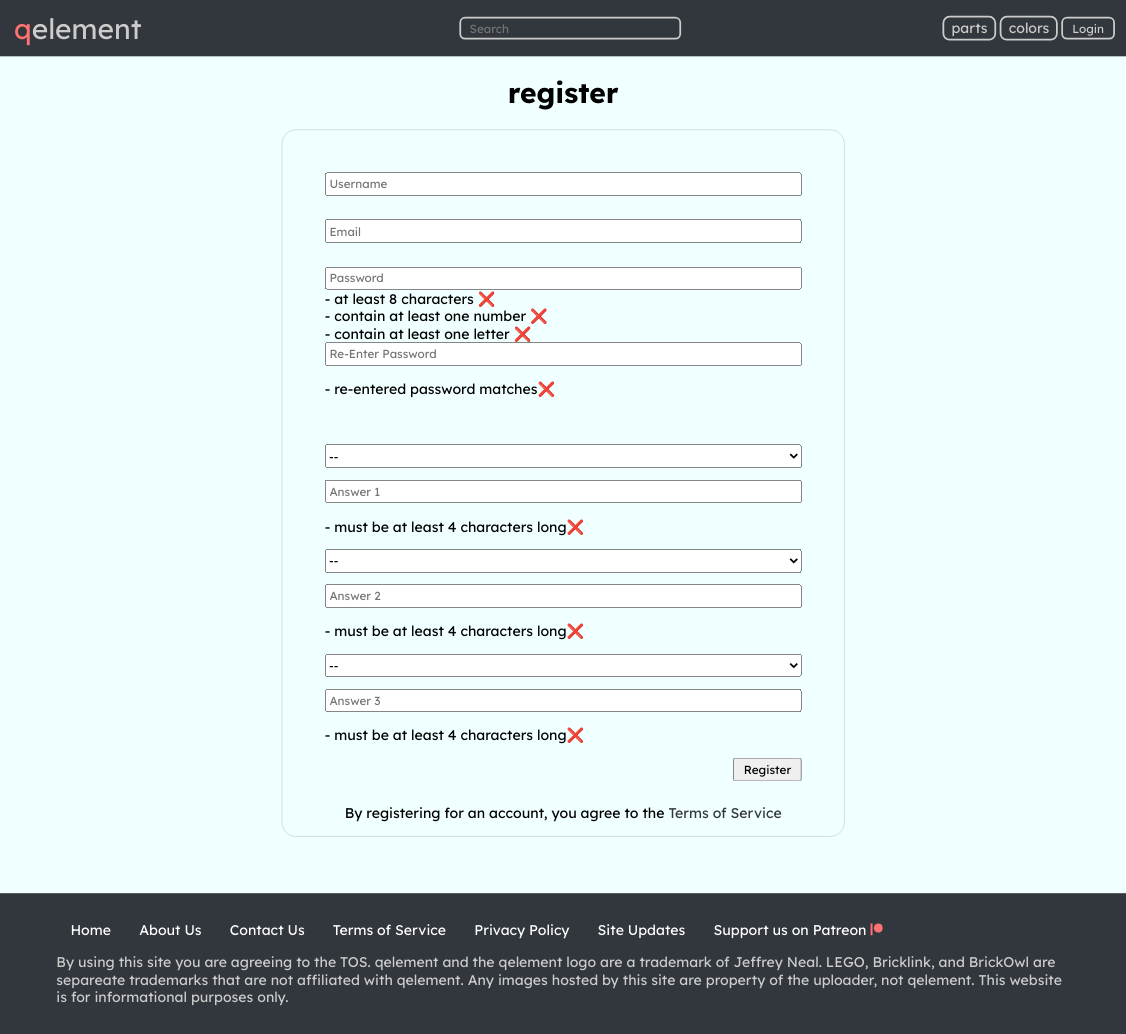
Repository: ToastBubbles/qelement-web
Page: /register
The author's editor kept a copy of each file at every save. The page is drawn from the files as they stood at one save, then again after the next save.
The browser window is 1280 px wide. The pictures show the whole page, at 88% of full size.
The project was rebuilt for these pictures with package versions that can differ from the ones it lists, and the page was loaded fresh each time. Also part of the build but not shown: vite.config.ts, src/components/NavbarPopdown.tsx, src/components/ProtectedRoute.tsx, src/components/AllColors.tsx, src/views/colors/AllColorsView.tsx, src/components/LoadingPage.tsx, src/components/RecentQPart.tsx, src/components/AllColorParts.tsx and 61 more.

Above is the page before, as saved 2023-11-09 09:47:28.

### src/main.tsx
import React from "react";
import ReactDOM from "react-dom/client";
import App from "./App.tsx";
import { BrowserRouter } from "react-router-dom";
import "./styles/myStyles.css";

ReactDOM.createRoot(document.getElementById("root") as HTMLElement).render(
  <React.StrictMode>
    <BrowserRouter>
      <App />
    </BrowserRouter>
  </React.StrictMode>
);

### src/components/AppWrapper.tsx
import { ReactNode, useContext, useEffect } from "react";
import { getJWT } from "../auth/auth";
import { AppContext } from "../context/context";
import { Types } from "../context/jwt/reducer";
import Cookies from "js-cookie";
import { JwtPayload } from "../context/jwt/context";

interface IProps {
  children?: ReactNode;
}

export default function AppWrapper({ children }: IProps) {
  const { dispatch } = useContext(AppContext);

  useEffect(() => {
    const access_token = Cookies.get("userJWT");
    if (access_token != null) {
      getJWT(access_token).then((jwtPayloadResp) => {
        dispatch({
          type: Types.SetJwt,
          payload: {
            token: access_token,
            jwtPayload: jwtPayloadResp as unknown as JwtPayload,
          },
        });
      });
    }
  }, [dispatch]);

  return <>{children}</>;
}

### src/components/Footer.tsx

import { Link } from "react-router-dom";

function Footer() {
  return (
    <footer className="footer-container">
      {/* <div className="footer-top">
        <div className="footer-top-left"></div>
        <div className="footer-top-right">
          <a
            href="https://www.patreon.com/qelement"
            target="_blank"
            className="lt-grey"
          >
            Support us on Patreon{" "}
            <svg
              xmlns="http://www.w3.org/2000/svg"
              className="patreon"
              height="0.9em"
              viewBox="0 0 512 512"
            >
              <path d="M512 194.8c0 101.3-82.4 183.8-183.8 183.8-101.7 0-184.4-82.4-184.4-183.8 0-101.6 82.7-184.3 184.4-184.3C429.6 10.5 512 93.2 512 194.8zM0 501.5h90v-491H0v491z" />
            </svg>
          </a>
        </div>
      </div> */}
      <div className="footer-bottom mx-w">
        <div>
          <ul className="footer-horz-ul">
            <li>
              <Link className="lt-grey" to="/">
                Home
              </Link>
            </li>
            <li>
              <Link className="lt-grey" to="/about">
                About Us
              </Link>
            </li>
            <li>
              <Link className="lt-grey" to="/contact">
                Contact Us
              </Link>
            </li>
            <li>
              <Link className="lt-grey" to="/terms">
                Terms of Service
              </Link>
            </li>
            <li>
              <Link className="lt-grey" to="/privacy">
                Privacy Policy
              </Link>
            </li>
            <li>
              <Link className="lt-grey" to="/updates">
                Site Updates
              </Link>
            </li>
            <li>
              {" "}
              <a
                href="https://www.patreon.com/qelement"
                target="_blank"
                className="lt-grey"
              >
                Support us on Patreon{" "}
                <svg
                  xmlns="http://www.w3.org/2000/svg"
                  className="patreon"
                  height="0.9em"
                  viewBox="0 0 512 512"
                >
                  <path d="M512 194.8c0 101.3-82.4 183.8-183.8 183.8-101.7 0-184.4-82.4-184.4-183.8 0-101.6 82.7-184.3 184.4-184.3C429.6 10.5 512 93.2 512 194.8zM0 501.5h90v-491H0v491z" />
                </svg>
              </a>
            </li>
          </ul>
        </div>
        By using this site you are agreeing to the TOS. qelement and the
        qelement logo are a trademark of Jeffrey Neal. LEGO, Bricklink, and
        BrickOwl are separeate trademarks that are not affiliated with qelement.
        Any images hosted by this site are property of the uploader, not
        qelement. This website is for informational purposes only.
      </div>
    </footer>
  );
}

export default Footer;

### src/context/context.tsx
import  {
  createContext,
  useReducer,
  Dispatch,
  ReactNode,
  FC,
} from "react";
import { JwtActions } from "./jwt/reducer";
import { appReducer, initialState, InitialStateType } from "./reducer";
import { UserPreferencesActions } from "./userPrefs/reducer";

interface IProps {
  children?: ReactNode;
}

const AppContext = createContext<{
  state: InitialStateType;
  dispatch: Dispatch<JwtActions | UserPreferencesActions>;
}>({
  state: initialState,
  dispatch: () => null,
});

const AppProvider: FC<IProps> = ({ children }: IProps) => {
  const [state, dispatch] = useReducer(appReducer, initialState);

  return (
    <AppContext.Provider value={{ state, dispatch }}>
      {children}
    </AppContext.Provider>
  );
};

export { AppProvider, AppContext };

### src/views/index.ts
import AllColorsView from "./colors/AllColorsView";
import SingleColorView from "./colors/SingleColorView";
import AllColorsEditView from "./edit/colors/AddColorView";
import ColorEditView from "./edit/colors/ColorEditView";
import AddPartView from "./edit/parts/AddPartView";
import Login from "./generic/Login";
import NotFoundErrorView from "./generic/NotFoundErrorView";
import Register from "./generic/Register";
import AllPartsView from "./parts/AllPartCategoriesView";
import SinglePartView from "./parts/SinglePartView";
import ProfileView from "./profile/ProfileView";
import AllMessagesView from "./profile/messages/AllMessagesView";
import SingleMessageView from "./profile/messages/SingleMessageView";

export {
  NotFoundErrorView,
  AllColorsEditView,
  AllColorsView,
  SingleColorView,
  ColorEditView,
  AddPartView,
  AllPartsView,
  SinglePartView,
  ProfileView,
  AllMessagesView,
  SingleMessageView,
  Login,
  Register,
};

### src/auth/auth.ts
// Short duration JWT token (5-10 min)
// export function getJwtToken() {
//   return sessionStorage.getItem("jwt");
// }

import axios from "axios";
import { JWTPayload, importSPKI, jwtVerify } from "jose";
import Cookies from "js-cookie";
import { ILoginDTO } from "../interfaces/general";
import showToast, { Mode } from "../utils/utils";

// export function setJwtToken(token: any) {
//   sessionStorage.setItem("jwt", token);
// }

// // Longer duration refresh token (30-60 min)
// export function getRefreshToken() {
//   return sessionStorage.getItem("refreshToken");
// }

// export function setRefreshToken(token: any) {
//   sessionStorage.setItem("refreshToken", token);
// }

// export async function handleLogin({ username, password }: ILoginDTO) {
//   // Call login method in API
//   // The server handler is responsible for setting user fingerprint cookie during this as well
//   //   const { jwtToken, refreshToken } =
//   await login({ username, password });
//   //   setJwtToken(jwtToken);
//   //   setRefreshToken(refreshToken);

//   // If you like, you may redirect the user now
//   //   navigate("/some-url");
// }

export async function getJWT(token: string): Promise<JWTPayload> {
  const algorithm = "RS256";
  const spki = `-----BEGIN PUBLIC KEY-----
MIIBIjANBgkqhkiG9w0BAQEFAAOCAQ8AMIIBCgKCAQEAlT9HNfa+VXFuJ+apLiNz
eIdx9KbAETY5cnOkxqYkwoZHRDGF4rocTLcvM7d3dCyOpWHd5b1t1B28m/vp1EMI
egPvTl0aIobq7DFKQrXGcO/NGp8GtyvJLlPI3khxScopprRCJiGcc/ub1THkJ9eR
a/YVfYJsoRzws6/Kf3EZ6quecCbMrO013B54ixuyMXfCNgdIEpakR7ue7EdN+4N/
8bb6KBV8m8G/39SPDyOYoON2nYWeKpsTRB8Z31xqLMPT4H+UPF2/O7yr/YEq2Iqa
i9MgVWxJARlC+RCtzTTg7/UE9fm7fQVSsvbwz7XR8bBWYZZrFD8duejIfNLCHbft
/wIDAQAB
-----END PUBLIC KEY-----`;
  const publicKey = await importSPKI(spki, algorithm);

  // let result = null;
  if (token !== null && token != "null") {
    const result = await jwtVerify(token as string, publicKey);
    // console.log("setting");

    return result.payload;
  } else {
    return {};
  }
}

export async function login(
  loginDTO: ILoginDTO
): Promise<{ token: string; jwtPayload: JWTPayload }> {
  return new Promise((resolve, reject) => {
    axios
      .post<{ access_token: string }>(
        `http://localhost:3000/auth/login`,
        loginDTO
      )
      .then((resp) => {
        // console.log("in auth:", resp);

        const { access_token } = resp.data;

        // console.log("got this far", access_token);

        if (access_token != null) {
          Cookies.set("userJWT", access_token);
          getJWT(access_token).then((jwtPayload) => {
            console.log("ooops", jwtPayload);
            resolve({
              token: access_token,
              jwtPayload,
            });
          });
        } else {
          showToast("Incorrect login credentials", Mode.Error);
          reject();
        }
      });
  });
}

### src/context/jwt/reducer.ts
import { JwtStateType, jwtInitialState, JwtPayload } from "./context";
import { ActionMap } from "../../interfaces/context";

export enum Types {
  SetJwt = 'SET_JWT',
  ClearJWT = 'CLEAR_JWT',
}

type JwtPayloadActions = {
  [Types.SetJwt] : {
    token: string;
    jwtPayload: JwtPayload
  };
  [Types.ClearJWT]: undefined
}

export type JwtActions = ActionMap<JwtPayloadActions>[keyof ActionMap<JwtPayloadActions>];

export const jwtReducer = (state: JwtStateType, action: JwtActions): JwtStateType => {
  switch (action.type) {
    case Types.SetJwt:
      return {
        ...state,
        token: action.payload?.token,
        payload: action.payload?.jwtPayload,
      };
    case Types.ClearJWT:
      return {
        ...state,
        token: '',
        payload: jwtInitialState.payload,
      }
    default:
      return state;
  }
};

### src/components/ColorWheel.tsx

import { Link } from "react-router-dom";

export default function ColorWheel() {
  return (
    <Link to="/colors" className="color-wheel clickable">
      <div>colors</div>
    </Link>
  );
}

### src/components/LoginBtn.tsx
import { Link } from "react-router-dom";


function LoginBtn() {
  return (
    <>
      <Link to="/login">
        <button className="login-btn clickable">Login</button>
      </Link>
    </>
  );
}

export default LoginBtn;

### src/components/PartsButton.tsx
import { Link } from "react-router-dom";

export default function PartsButton() {
  return (
    <Link to="/part-categories" className="color-wheel clickable">
      <div>parts</div>
    </Link>
  );
}

### src/components/SearchBarMain.tsx
import { useState } from "react";
import { useNavigate } from "react-router";


export default function SearchBarMain() {
  const navigate = useNavigate();
  const [searchValue, setSearchValue] = useState<string>("");

  function search() {
    const formattedSearch = searchValue.replace(/ +/g, " ");
    //.replace(/ /g, "%20");

    navigate(`/search?query=${formattedSearch}`);
  }

  return (
    <input
      className="main-searchbar"
      type="text"
      placeholder="Search"
      onChange={(e) => setSearchValue(e.target.value)}
      onKeyDown={(e) => {
        if (e.key === "Enter") {
          search();
        }
      }}
    />
  );
}

### src/context/reducer.ts

import { jwtInitialState, JwtStateType } from "./jwt/context";
import { JwtActions, jwtReducer } from "./jwt/reducer";
import {
  UserPreferencesStateType,
  userPrefrencesInitialState,
} from "./userPrefs/context";
import {
  UserPreferencesActions,
  userPreferencesReducer,
} from "./userPrefs/reducer";

const initialState = {
  jwt: jwtInitialState,
  userPreferences: userPrefrencesInitialState,
};

type InitialStateType = {
  jwt: JwtStateType;
  userPreferences: UserPreferencesStateType;
};

const appReducer = (
  { jwt, userPreferences }: InitialStateType,
  action: JwtActions | UserPreferencesActions
) => ({
  jwt: jwtReducer(jwt, action as JwtActions),
  userPreferences: userPreferencesReducer(
    userPreferences,
    action as UserPreferencesActions
  ),
});

export { appReducer, initialState };

export type { InitialStateType };

### src/views/generic/Register.tsx
import axios from "axios";
import { useState } from "react";
import { useMutation, useQuery } from "react-query";
import { useNavigate } from "react-router";
import { Link } from "react-router-dom";
import { IAPIResponse, IUserDTO } from "../../interfaces/general";
import showToast, { Mode } from "../../utils/utils";

interface passwordValidation {
  isLongEnough: boolean;
  containsNumber: boolean;
  containsLetter: boolean;
}

export default function Register() {
  const navigate = useNavigate();
  const [newUser, setNewUser] = useState<IUserDTO>({
    id: -1,
    name: "",
    email: "",
    password: "",
    role: "user",
    createdAt: "",
  });
  const [passValidate, setPassValidate] = useState<passwordValidation>({
    isLongEnough: false,
    containsNumber: false,
    containsLetter: false,
  });

  const [passMatch, setPassMatch] = useState<string>();

  const { refetch: refecthUsernameAvailability } = useQuery(
    "checkUser",
    () => {
      try {
        if (newUser.name.length > 1) {
          axios
            .get<IAPIResponse>(
              `http://localhost:3000/user/checkInsensitive/${newUser.name.trim()}`
            )
            .then((res) => {
              if (res.data?.code == 404) {
                if (
                  passMatch == newUser.password &&
                  passValidate?.containsLetter &&
                  passValidate?.containsNumber &&
                  passValidate?.isLongEnough &&
                  newUser.email.length > 5 &&
                  newUser.email.length <= 255 &&
                  newUser.password.length <= 30 &&
                  newUser.name.length <= 20 &&
                  newUser.email.includes("@")
                ) {
                  userMutation.mutate({
                    id: newUser.id,
                    name: newUser.name,
                    email: newUser.email,
                    password: newUser.password,
                    role: newUser.role,
                    createdAt: newUser.createdAt,
                  });
                  navigate("/login");
                } else {
                  showToast("Error creating account", Mode.Error);
                }
              } else {
                showToast("Username is already taken", Mode.Warning);
              }
            });
        }
      } catch (error) {
        console.log(error);
      }
    },
    {
      staleTime: 100,
      enabled: false,
    }
  );

  const userMutation = useMutation({
    mutationFn: (userDTO: IUserDTO) =>
      axios.post<IUserDTO>(`http://localhost:3000/user`, userDTO),
    onSuccess: () => {
      showToast("Account successfully created!", Mode.Success);
    },
  });

  return (
    <>
      <div className="formcontainer">
        <h1>register</h1>
        <div className="mainform">
          <input
            maxLength={20}
            placeholder="Username"
            onChange={(e) =>
              setNewUser((newUser) => ({
                ...newUser,
                ...{ name: e.target.value },
              }))
            }
          />
          <input
            maxLength={255}
            placeholder="Email"
            type="email"
            onChange={(e) =>
              setNewUser((newUser) => ({
                ...newUser,
                ...{ email: e.target.value },
              }))
            }
          />
          <input
            maxLength={30}
            id="password-reg"
            placeholder="Password"
            type="password"
            onChange={(e) => {
              const lengthBool = e.target.value.length >= 8;
              const regexpLet = new RegExp(".*[a-zA-Z].*");
              const regexpNum = new RegExp(".*[1-9,0].*");
              setPassValidate({
                isLongEnough: lengthBool,
                containsLetter: regexpLet.test(e.target.value),
                containsNumber: regexpNum.test(e.target.value),
              });

              setNewUser((newUser) => ({
                ...newUser,
                ...{ password: e.target.value },
              }));
            }}
          />

          <ul className="pass-req">
            <li>
              - at least 8 characters {passValidate?.isLongEnough ? "✔️" : "❌"}
            </li>
            <li>
              - contain at least one number{" "}
              {passValidate?.containsNumber ? "✔️" : "❌"}
            </li>
            <li>
              - contain at least one letter{" "}
              {passValidate?.containsLetter ? "✔️" : "❌"}
            </li>
          </ul>

          <input
            id="repassword-reg"
            placeholder="Re-Enter Password"
            type="password"
            onChange={(e) => setPassMatch(e.target.value)}
          />
          <p>
            - re-entered password matches
            {passMatch == newUser.password ? "✔️" : "❌"}
          </p>
          <h3></h3>

          <select
            name="q1"
            id="q1"
            className="reg-dropdown"
            // onChange={(e) =>
            //   setSelectedQPartMold(Number(e.target.value))
            // }
            // value={selectedQPartMold}
            // disabled={!multiMoldPart}
          >
            <option key={-1} value="-1">
              --
            </option>
            {/* {getUnique(qparts).map((mold) => (
                      <option key={mold.id} value={`${mold.id}`}>
                        {mold.number}
                      </option>
                    ))} */}
          </select>
          <input
            id="repassword-reg"
            placeholder="Answer 1"
            type="password"
            onChange={(e) => setPassMatch(e.target.value)}
          />
          <p>
            - must be at least 4 characters long
            {passMatch == newUser.password ? "✔️" : "❌"}
          </p>
          <select
            name="q2"
            id="q2"
            className="reg-dropdown"
            // onChange={(e) =>
            //   setSelectedQPartMold(Number(e.target.value))
            // }
            // value={selectedQPartMold}
            // disabled={!multiMoldPart}
          >
            <option key={-1} value="-1">
              --
            </option>
            {/* {getUnique(qparts).map((mold) => (
                      <option key={mold.id} value={`${mold.id}`}>
                        {mold.number}
                      </option>
                    ))} */}
          </select>
          <input
            id="repassword-reg"
            placeholder="Answer 2"
            type="password"
            onChange={(e) => setPassMatch(e.target.value)}
          />
          <p>
            - must be at least 4 characters long
            {passMatch == newUser.password ? "✔️" : "❌"}
          </p>
          <select
            name="q2"
            id="q2"
            className="reg-dropdown"
            // onChange={(e) =>
            //   setSelectedQPartMold(Number(e.target.value))
            // }
            // value={selectedQPartMold}
            // disabled={!multiMoldPart}
          >
            <option key={-1} value="-1">
              --
            </option>
            {/* {getUnique(qparts).map((mold) => (
                      <option key={mold.id} value={`${mold.id}`}>
                        {mold.number}
                      </option>
                    ))} */}
          </select>
          <input
            id="repassword-reg"
            placeholder="Answer 3"
            type="password"
            onChange={(e) => setPassMatch(e.target.value)}
          />
          <p>
            - must be at least 4 characters long
            {passMatch == newUser.password ? "✔️" : "❌"}
          </p>

          <button
            onClick={() => {
              refecthUsernameAvailability();
            }}
          >
            Register
          </button>
          <div>
            By registering for an account, you agree to the{" "}
            <Link to={"/terms"}>Terms of Service</Link>
          </div>
        </div>
      </div>
    </>
  );
}

### src/context/jwt/context.ts
export interface JwtPayload {
  exp: number;
  iat: number;
  id: number;
  username: string;
}

export interface JwtStateType {
  token: string;
  payload: JwtPayload;
}

export const jwtInitialState: JwtStateType = {
  token: "",
  payload: {
    exp: 0,
    iat: 0,
    id: 0,
    username: "",
  },
};

### src/context/userPrefs/context.ts

export interface UserPreferencesStateType {
  userId: number;
  lang: string;
  isCollectionVisible: boolean;
  isWantedVisible: boolean;
  allowMessages: boolean;
  prefName: string;
  prefId: string;
}

export const userPrefrencesInitialState: UserPreferencesStateType = {
  userId: -1,
  lang: "en",
  isCollectionVisible: true,
  isWantedVisible: true,
  allowMessages: true,
  prefName: "bl",
  prefId: "tlg",
};

### src/context/userPrefs/reducer.ts
import { UserPreferencesStateType, userPrefrencesInitialState } from "./context";
import { ActionMap } from "../../interfaces/context";

export enum Types {
  SetPrefs = "SET_PREFS",
  ClearPrefs = "CLEAR_PREFS",
}

type userPreferencesPayload = {
  [Types.SetPrefs]: {
    userPreferences: UserPreferencesStateType;
  };
  [Types.ClearPrefs]: undefined;
};

export type UserPreferencesActions = ActionMap<userPreferencesPayload>[keyof ActionMap<userPreferencesPayload>];

export const userPreferencesReducer = (state: UserPreferencesStateType, action: UserPreferencesActions): UserPreferencesStateType => {
  switch (action.type) {
    case Types.SetPrefs:
      return {
        ...state,
        ...action.payload
      };
    case Types.ClearPrefs:
      return {
        ...state,
        ...userPrefrencesInitialState
      };
    default:
      return state;
  }
};

Loaded but not shown: index.html (common file); src/styles/myStyles.css (2324 lines, source omitted); src/App.tsx (256 lines, source omitted); src/utils/utils.ts (190 lines, source omitted); src/components/Navbar.tsx (135 lines, source omitted)

After the next save:
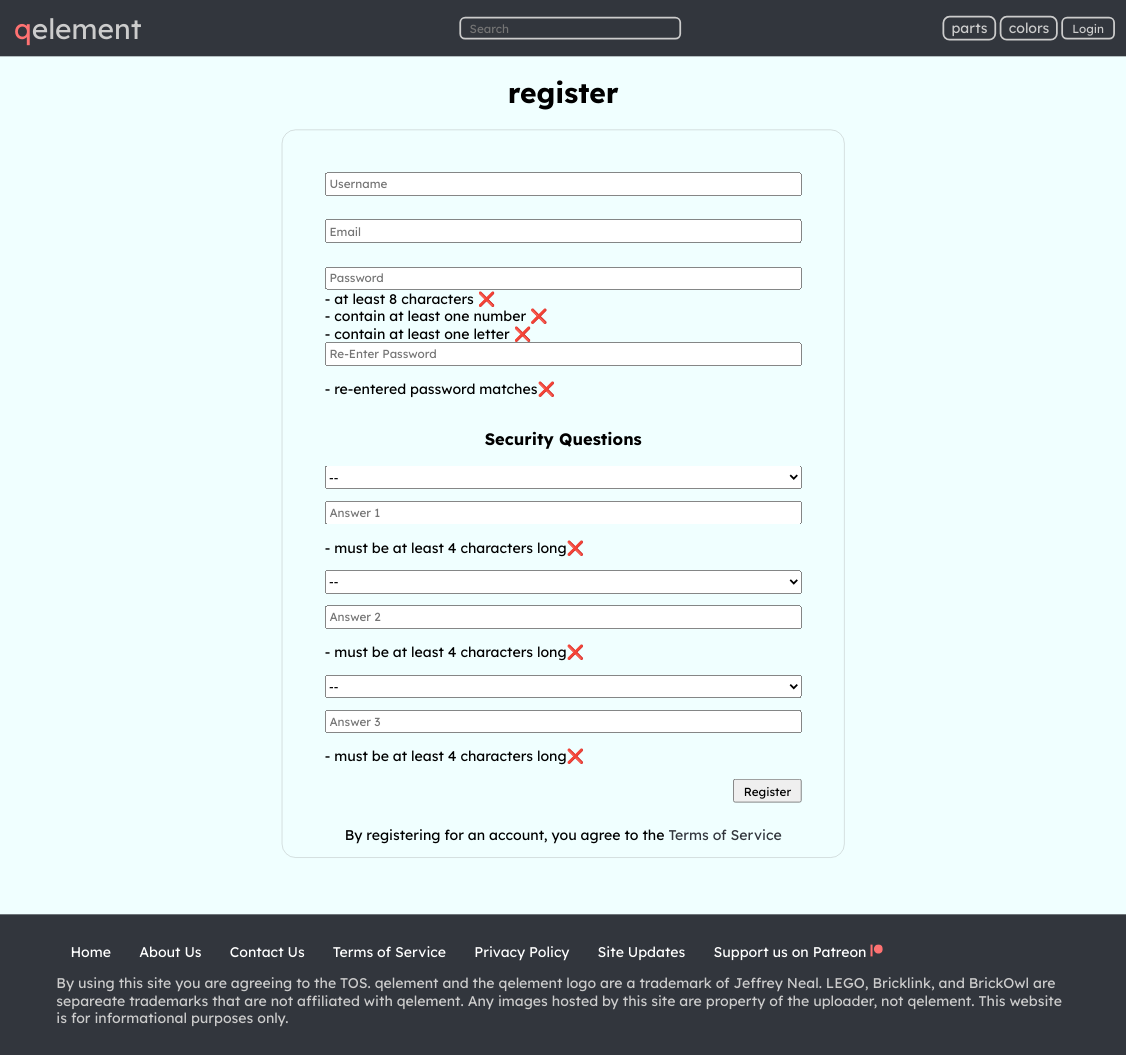
Saved 6 s later.
--- a/src/views/generic/Register.tsx
+++ b/src/views/generic/Register.tsx
@@ -159,7 +159,7 @@ export default function Register() {
             - re-entered password matches
             {passMatch == newUser.password ? "✔️" : "❌"}
           </p>
-          <h3></h3>
+          <h3>Security Questions</h3>
 
           <select
             name="q1"
